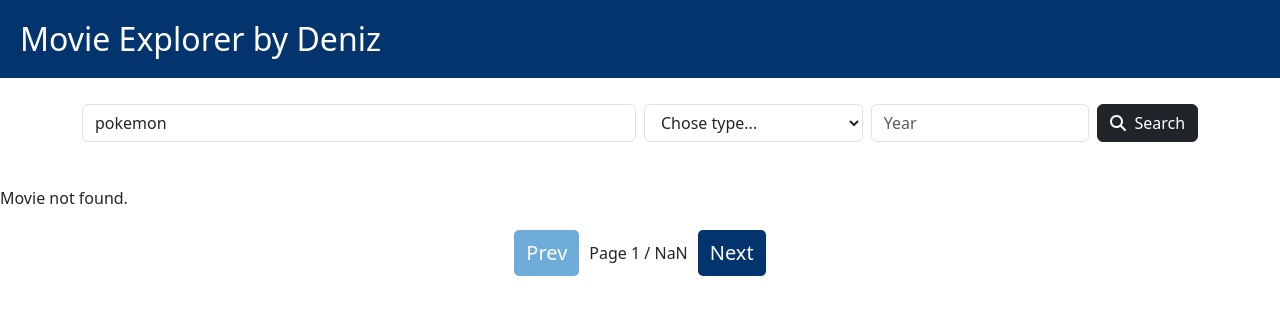
Repository: denizdizi/movie-explorer
Page: /
The author's editor kept a copy of each file at every save. The page is drawn from the files as they stood at one save, then again after the next save.
The browser window is 1280 px wide. The pictures show the whole page.
The page's requests for data from a server got no answer. The project was rebuilt for these pictures with package versions that can differ from the ones it lists, and the page was loaded fresh each time. No one was signed in, and anything a server would have sent is missing. Also part of the build but not shown: src/App.css, src/components/MovieCard.js, src/pages/MovieDetail.js.

Above is the page before, as saved 2025-03-29 01:40:02.

After the next save:
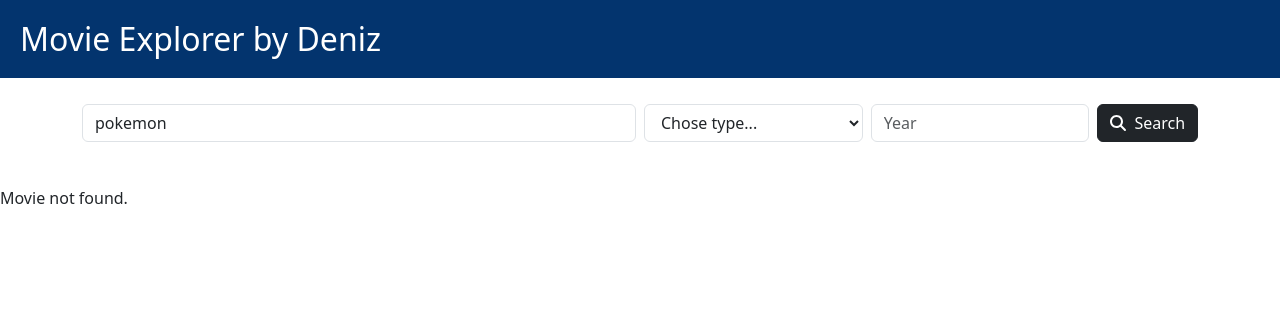
Saved 4 min 31 s later.
--- a/src/pages/Home.js
+++ b/src/pages/Home.js
@@ -35,11 +35,13 @@ const Home = () => {
       )}
       {movies.error && <p>Error: {movies.error}</p>}
       <MovieList movies={movies} />
-      <Pagination
-        currentPage={movies.currentPage}
-        totalResults={movies.totalResults}
-        onPageChange={handlePageChange}
-      />
+      {movies.movies && movies.movies.length > 0 && ( // Eğer movies.movies varsa ve boş değilse
+        <Pagination
+          currentPage={movies.currentPage}
+          totalResults={movies.totalResults}
+          onPageChange={handlePageChange}
+        />
+      )}
     </div>
   );
 };
